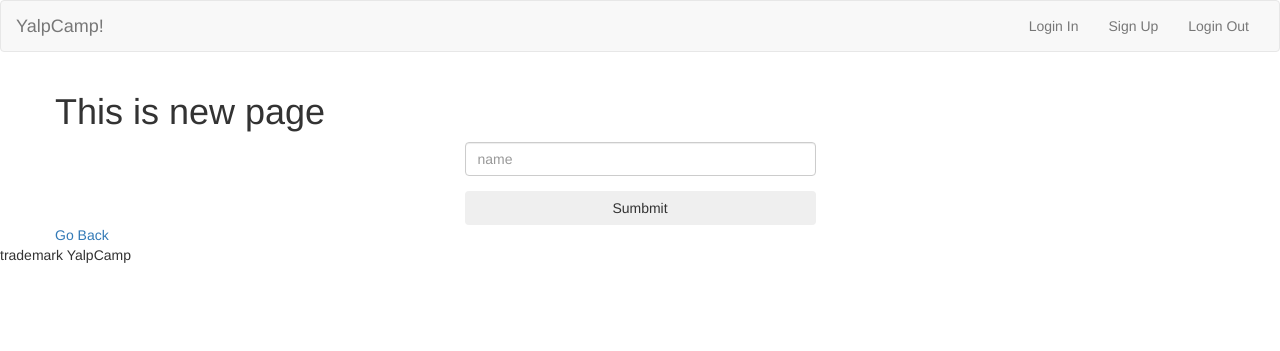
Repository: yli166/the-web-developer-bootcamp
Page: http://localhost/campgrounds/new
The author's editor kept a record of every edit. The page is drawn from the files as they stood at one moment, then again after the next edit.
The browser window is 1280 px wide. The pictures show the whole page.
The page is served by the project's Node server (yalpcamp/v1/app.js).

Above is the page before.

After the next edit:
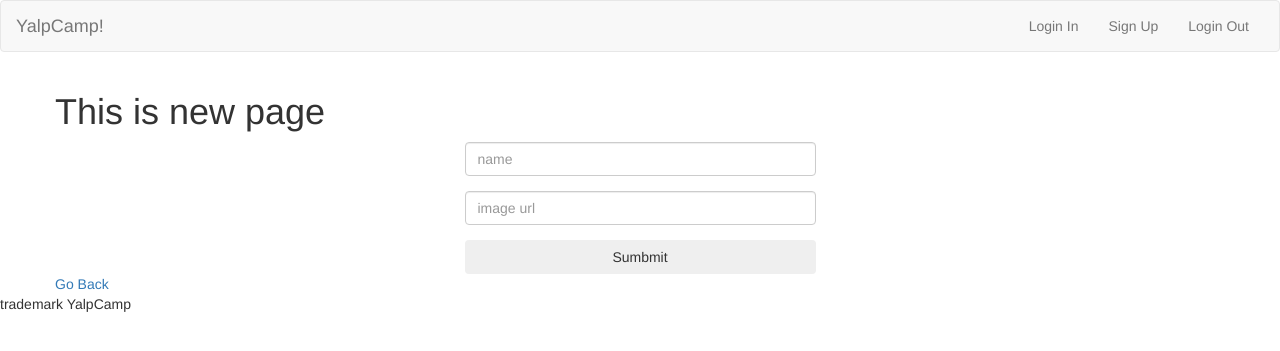
The edit:
--- a/nodejs/workspace/yalpcamp/v1/views/new.ejs
+++ b/nodejs/workspace/yalpcamp/v1/views/new.ejs
@@ -8,7 +8,7 @@
             <input class='form-control' type='text' name= 'name' placeholder='name'>
             </div>
             <div class='form-group'>
-
+            <input class='form-control' type='text' name= 'image' placeholder='image url'>
             </div>
             <div class='form-group'>
 
